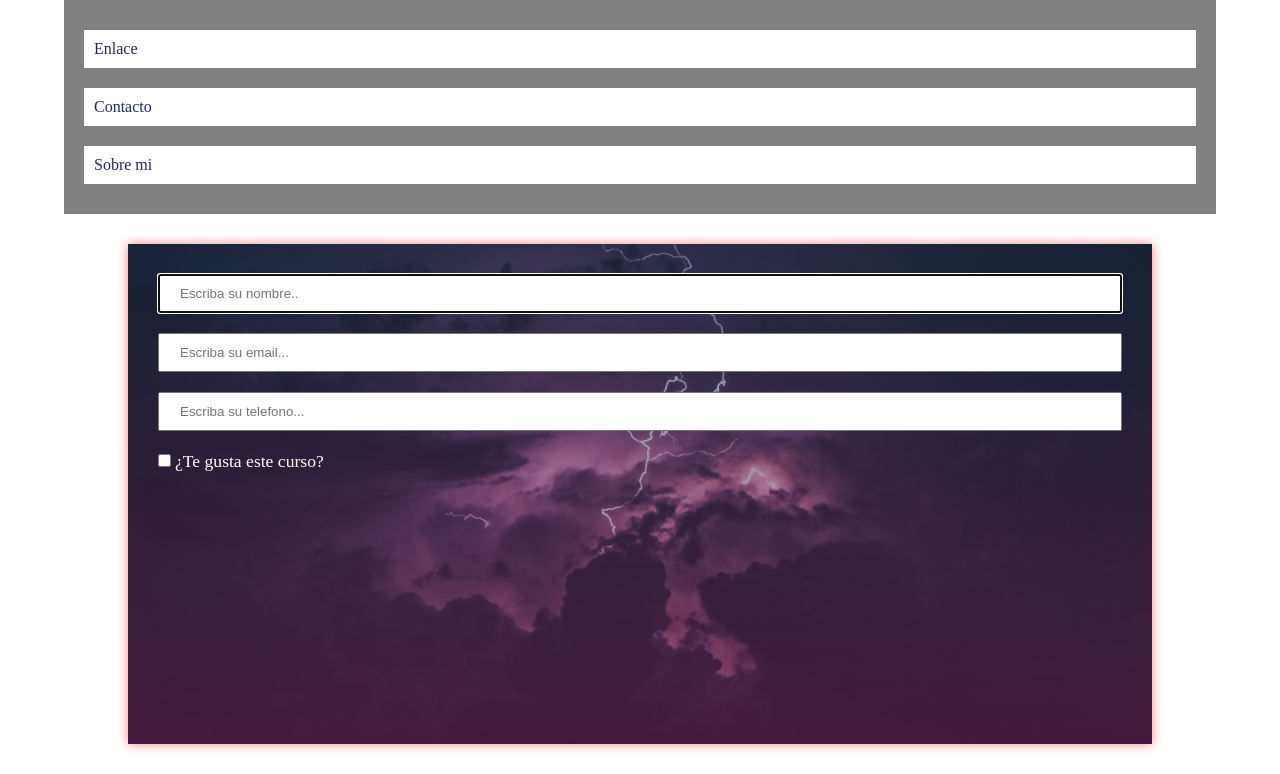
Repository: DamianBermudez94/curso-css3
Page: pseudoclases.html
An editor plug-in stored every save of this project. The page is shown before and after the next save, followed by the edit.
The browser window is 1280 px wide. The pictures show the whole page.
The first visible `input` has the focus.

Above is the page before, as saved 2024-05-18 16:19:56.

After the next save:
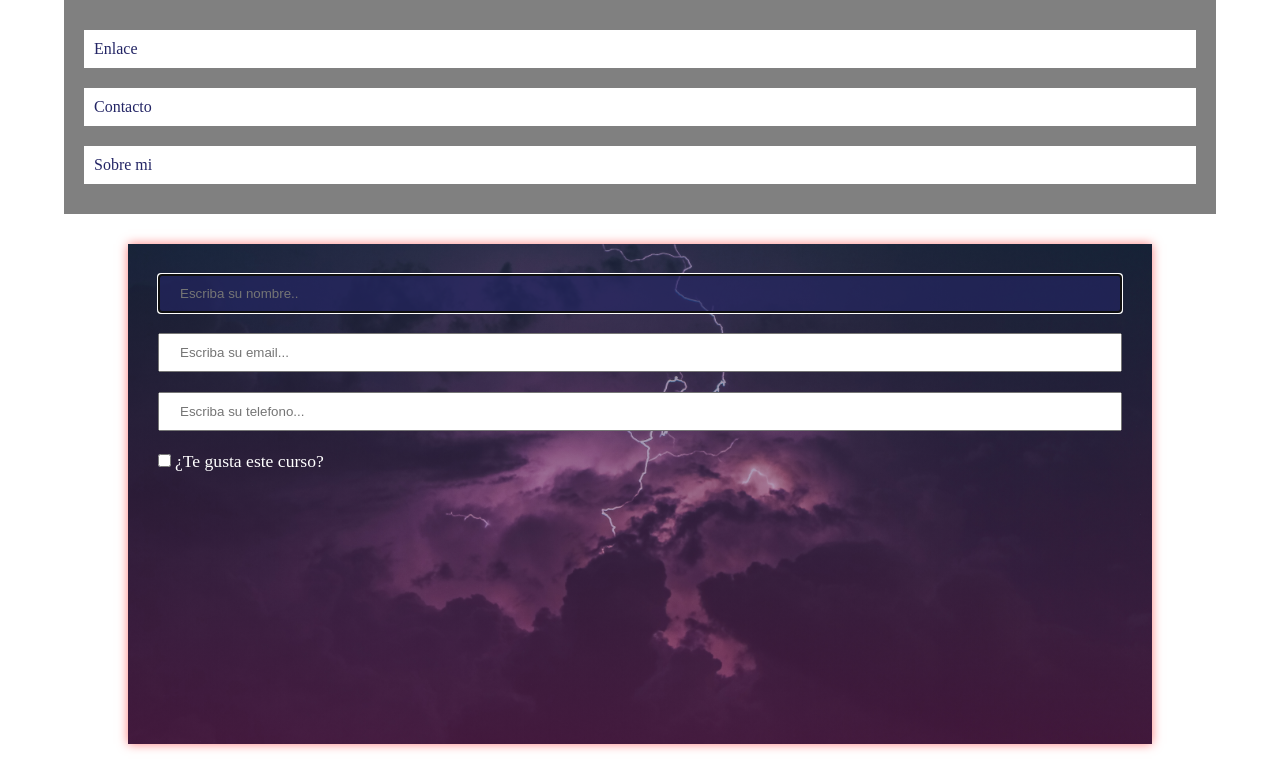
Saved 5 min 9 s later.
--- a/pseudoclases/estilos.css
+++ b/pseudoclases/estilos.css
@@ -43,6 +43,9 @@
   padding: 10px 20px;
   margin-bottom: 20px;
 }
+input:focus{
+    background-color: #232565a1;
+}
 label{
 
     font-size: 1.1rem;
